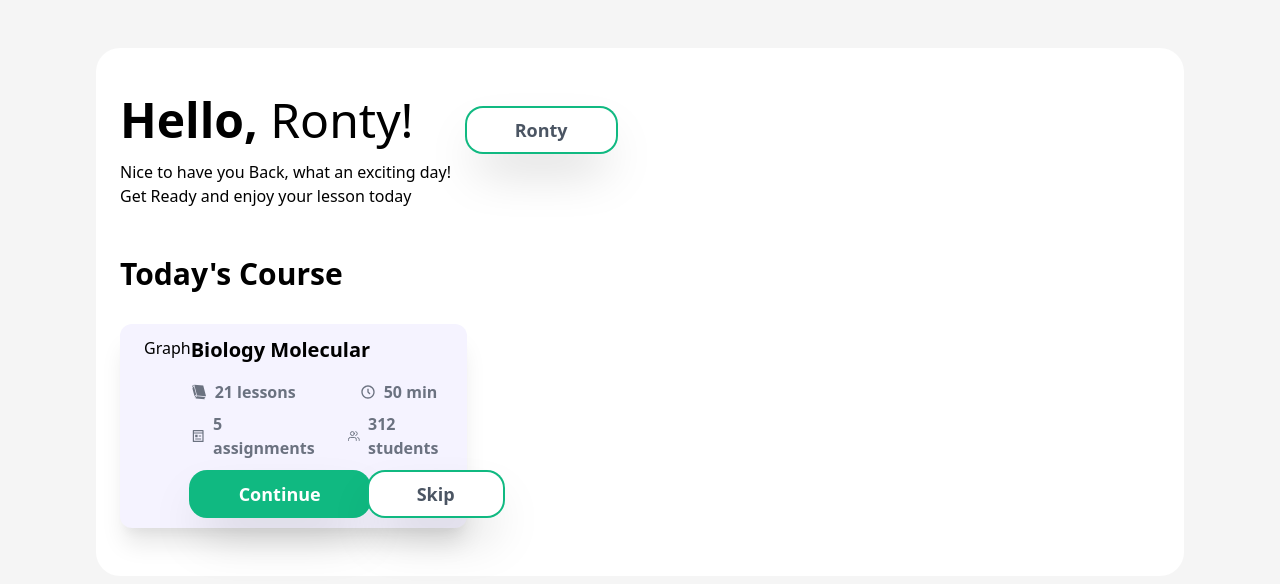
Repository: coolronts/Vite-Tailwind
Page: /
The author's editor kept a copy of each file at every save. The page is drawn from the files as they stood at one save, then again after the next save.
The browser window is 1280 px wide. The pictures show the whole page.
The project was rebuilt for these pictures with package versions that can differ from the ones it lists, and the page was loaded fresh each time. Also part of the build but not shown: vite.config.js.

Above is the page before, as saved 2021-11-26 07:49:08.

After the next save:
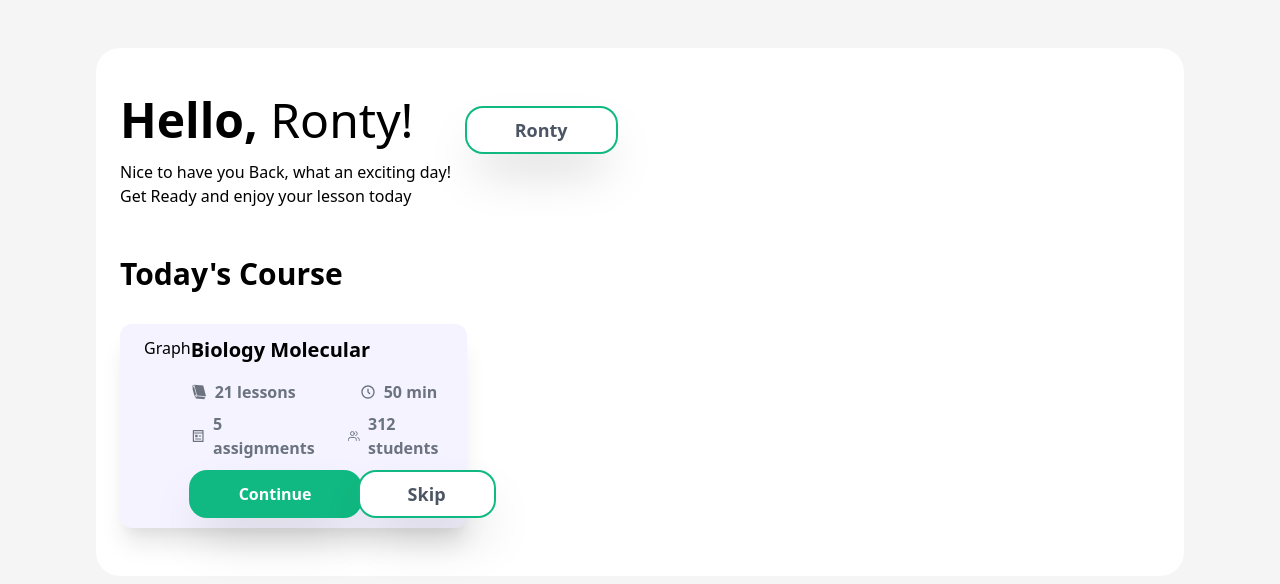
Saved 27 s later.
--- a/src/components/Button/index.jsx
+++ b/src/components/Button/index.jsx
@@ -2,7 +2,7 @@ import React from 'react'
 
 export const PrimaryButton = ({name}) =>{
   return (
-    <button className="bg-green-500 px-12 py-2 ring-2 ring-green-500 text-white text-lg font-semibold shadow-2xl rounded-2xl mt-3">
+    <button className="bg-green-500 px-12 py-2 ring-2 ring-green-500 text-white text-md font-semibold shadow-2xl rounded-2xl mt-3">
       {name}
     </button>
   )
